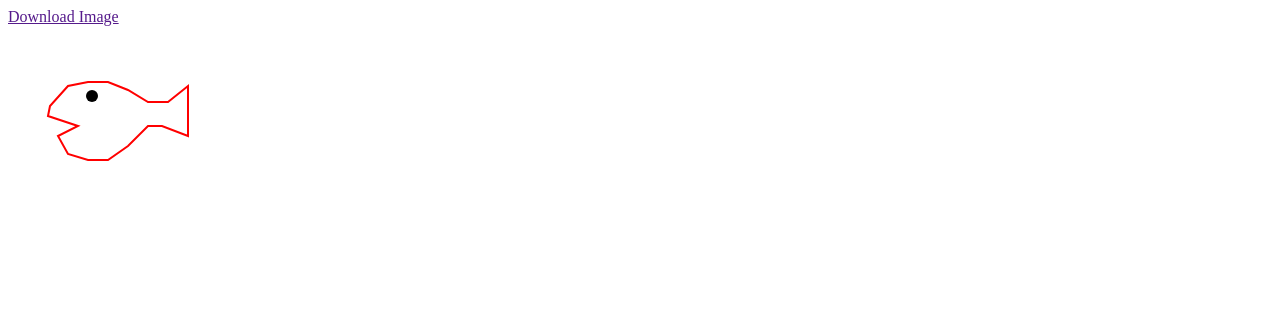
Repository: tclintaichung/book
Page: ex16/ex16_01/fish.html
An editor plug-in stored every save of this project. The page is shown before and after the next save, followed by the edit.
The browser window is 1280 px wide. The pictures show the whole page.

Above is the page before, as saved 2025-09-27 11:01:22.

### ex16/ex16_01/fish.html
<!DOCTYPE html>
<html lang="en">
<head>
    <meta charset="UTF-8">
    <meta name="viewport" content="width=device-width, initial-scale=1.0">
    <title>Create Shapes</title>
</head>
<body>
    <a download="rubikCube.jpg" href="" onclick="downloadImage(this);">Download Image</a><br/>
    <canvas id="myCanvas" width="300px" height="300px"></canvas>
    <script>
        const colors = ["#FF0000", "#00FF00", "#0000FF", "#FFFF00", "#FFA500", "#FFFFFF"];
        const myCube = document.getElementById("myCanvas");
        const ctx = myCube.getContext("2d");
        const point_x = [2,2.1,3,4,5,5.5, 6,7,8,9,9.0,7.7,7,6,5,4,3,2.5,3.5];
        const point_y = [4.5,4,3,2.8,2.8,3.0,3.2,3.8,3.8,3.0,5.5,5,5,6,6.7,6.7,6.4,5.5,5];

        for (let i = 0; i < point_x.length; i++) {
            point_x[i] = point_x[i] * 20;
            point_y[i] = point_y[i] * 20;
        }
        ctx.beginPath();
        ctx.moveTo(point_x[0], point_y[0]);
        for (let i = 1; i < point_x.length; i++) {
            ctx.lineTo(point_x[i], point_y[i]);
        }
        ctx.closePath();
        ctx.strokeStyle = colors[0];
        ctx.lineWidth = 2;
        ctx.stroke();
        ctx.beginPath();
        const center_x = 4.2 * 20;
        const center_y = 3.5 * 20;
        const radius = 1.2 * 5;
        ctx.arc(center_x, center_y, radius, 0, 2 * Math.PI);
        ctx.moveTo(center_x, center_y);
        ctx.fillStyle = 'black';
        ctx.fill();

   </script>
</body>
</html>

After the next save:
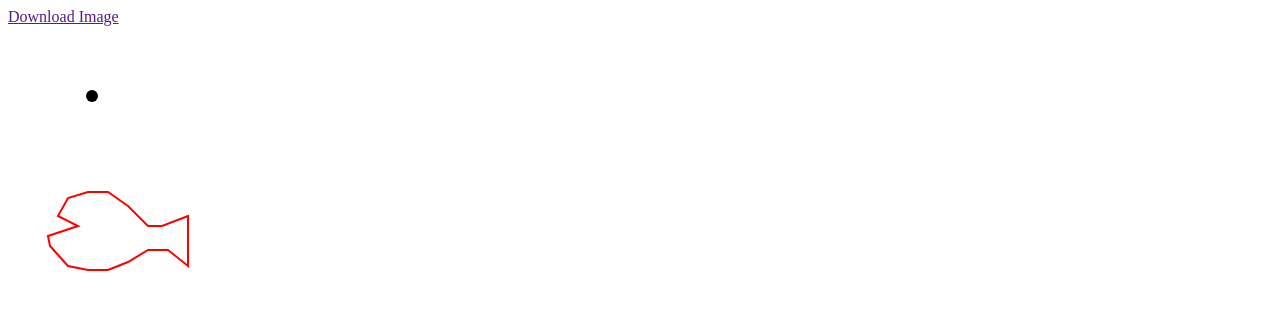
Saved 6 min 55 s later.
--- a/ex16/ex16_01/fish.html
+++ b/ex16/ex16_01/fish.html
@@ -17,7 +17,7 @@
 
         for (let i = 0; i < point_x.length; i++) {
             point_x[i] = point_x[i] * 20;
-            point_y[i] = point_y[i] * 20;
+            point_y[i] = myCube.height - point_y[i] * 20;
         }
         ctx.beginPath();
         ctx.moveTo(point_x[0], point_y[0]);
